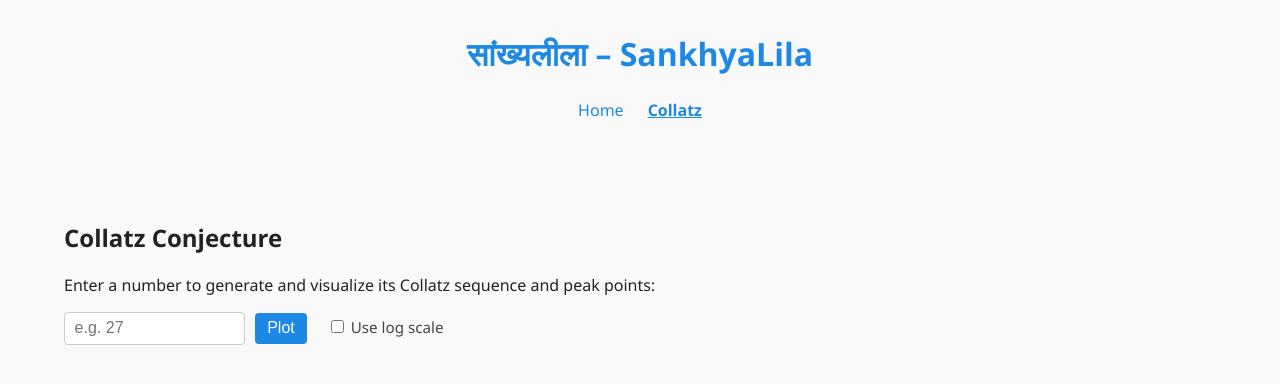
Repository: ChakreshSinghUC/SankhyaLila
Page: /collatz
The author's editor kept a copy of each file at every save. The page is drawn from the files as they stood at one save, then again after the next save.
The browser window is 1280 px wide. The pictures show the whole page.
The project was rebuilt for these pictures with package versions that can differ from the ones it lists, and the page was loaded fresh each time.

Above is the page before, as saved 2025-07-05 16:43:10.

### src/App.js
import React from 'react';
import './App.css';
import { BrowserRouter as Router, Routes, Route, NavLink } from 'react-router-dom';
import Collatz from './pages/Collatz';

function App() {
  return (
    <Router>
      <header>
        <h1>सांख्यलीला – SankhyaLila</h1>
        <nav>
          <NavLink
            to="/"
            style={({ isActive }) => ({
              fontWeight: isActive ? 'bold' : 'normal',
              textDecoration: isActive ? 'underline' : 'none',
            })}
          >
            Home
          </NavLink>
          <NavLink
            to="/collatz"
            style={({ isActive }) => ({
              fontWeight: isActive ? 'bold' : 'normal',
              textDecoration: isActive ? 'underline' : 'none',
            })}
          >
            Collatz
          </NavLink>
        </nav>
      </header>

      <main style={{ padding: '1rem 2rem' }}>
        <Routes>
          <Route path="/" element={<Home />} />
          <Route path="/collatz" element={<Collatz />} />
          <Route path="*" element={<NotFound />} />
        </Routes>
      </main>
    </Router>
  );
}

function Home() {
  return (
    <>
      <h2>Welcome to SankhyaLila</h2>
      <p>
        SankhyaLila (सांख्यलीला) is a digital playground for curious minds. Explore
        the beauty of numbers, patterns, and mathematical wonder through interactive
        visualizations.
      </p>
    </>
  );
}

function NotFound() {
  return <p>404 – Page not found</p>;
}

export default App;

### src/App.css
/* App.css — SankhyaLila */

body {
  margin: 0;
  font-family: 'Segoe UI', 'Helvetica Neue', sans-serif;
  background-color: #f9f9f9;
  color: #222;
}

h1 {
  text-align: center;
  color: #1e88e5;
  margin-top: 2rem;
  font-size: 2rem;
}

nav {
  display: flex;
  justify-content: center;
  gap: 1.5rem;
  margin-top: 1.5rem;
  margin-bottom: 2rem;
}

nav a {
  color: #1e88e5;
  text-decoration: none;
  font-weight: 500;
}

nav a:hover {
  text-decoration: underline;
}

input[type="number"] {
  padding: 0.4rem 0.6rem;
  font-size: 1rem;
  width: 160px;
  border-radius: 4px;
  border: 1px solid #ccc;
}

button {
  padding: 0.4rem 0.75rem;
  font-size: 1rem;
  margin-left: 10px;
  background-color: #1e88e5;
  color: white;
  border: none;
  cursor: pointer;
  border-radius: 4px;
}

button:hover {
  background-color: #1565c0;
}

label {
  font-size: 0.95rem;
  color: #444;
}

### src/pages/Collatz.jsx
import React, { useState } from 'react';
import { Line } from 'react-chartjs-2';
import {
  Chart as ChartJS,
  LineElement,
  PointElement,
  CategoryScale,
  LinearScale,
  Title,
  Tooltip,
  Legend
} from 'chart.js';

ChartJS.register(
  LineElement,
  PointElement,
  CategoryScale,
  LinearScale,
  Title,
  Tooltip,
  Legend
);

export default function Collatz() {
  const [input, setInput] = useState('');
  const [sequence, setSequence] = useState([]);
  const [logScale, setLogScale] = useState(false);
  const [peaks, setPeaks] = useState([]);

  const generateSequence = (n) => {
    let result = [];
    while (n !== 1) {
      result.push(n);
      n = (n % 2 === 0) ? n / 2 : 3 * n + 1;
    }
    result.push(1);
    setSequence(result);
    findPeaks(result, 5); // find first 5 peaks
  };

  const findPeaks = (arr, limit) => {
    let peaksFound = [];
    for (let i = 1; i < arr.length - 1; i++) {
      if (arr[i] > arr[i - 1] && arr[i] > arr[i + 1]) {
        peaksFound.push({ index: i, value: arr[i] });
        if (peaksFound.length === limit) break;
      }
    }
    setPeaks(peaksFound);
  };

  const handleSubmit = () => {
    const n = parseInt(input);
    if (!isNaN(n) && n > 0) generateSequence(n);
  };

  const peakMarkers = Array(sequence.length).fill(null);
  peaks.forEach(p => peakMarkers[p.index] = p.value);

  const data = {
    labels: sequence.map((_, i) => i),
    datasets: [
      {
        label: 'Collatz Sequence',
        data: sequence,
        borderColor: '#1e88e5',
        pointRadius: 0,
        borderWidth: 2,
        fill: false
      },
      {
        label: 'Peaks',
        data: peakMarkers,
        pointRadius: 5,
        pointBackgroundColor: 'red',
        showLine: false
      }
    ]
  };

  const options = {
    responsive: true,
    interaction: {
      mode: 'index',
      intersect: false
    },
    plugins: {
      tooltip: {
        callbacks: {
          label: (ctx) => `Step: ${ctx.dataIndex}, Value: ${ctx.formattedValue}`
        }
      },
      legend: {
        display: false
      },
      title: {
        display: true,
        text: 'Collatz Conjecture with Peak Markers',
        font: { size: 18 }
      }
    },
    scales: {
      x: {
        title: { display: true, text: 'Step' },
        grid: { color: '#eee' }
      },
      y: {
        type: logScale ? 'logarithmic' : 'linear',
        min: 1,
        title: { display: true, text: logScale ? 'Value (log scale)' : 'Value' },
        grid: { color: '#eee' }
      }
    }
  };

  return (
    <div style={{ padding: '2rem' }}>
      <h2>Collatz Conjecture</h2>
      <p>Enter a number to generate and visualize its Collatz sequence and peak points:</p>
      <input
        type="number"
        value={input}
        onChange={(e) => setInput(e.target.value)}
        onKeyDown={(e) => e.key === 'Enter' && handleSubmit()}
        placeholder="e.g. 27"
      />
      <button onClick={handleSubmit} style={{ marginLeft: '10px' }}>Plot</button>
      <label style={{ marginLeft: '20px' }}>
        <input
          type="checkbox"
          checked={logScale}
          onChange={() => setLogScale(!logScale)}
        />
        &nbsp;Use log scale
      </label>

      {sequence.length > 0 && (
        <div style={{ marginTop: '2rem' }}>
          <p>🔺 First {peaks.length} Peaks: {peaks.map(p => `${p.value} (at ${p.index})`).join(', ')}</p>
          <Line data={data} options={options} />
        </div>
      )}
    </div>
  );
}

Loaded but not shown: public/index.html (common file); src/index.js (common file); src/index.css (common file); src/reportWebVitals.js (common file)

After the next save:
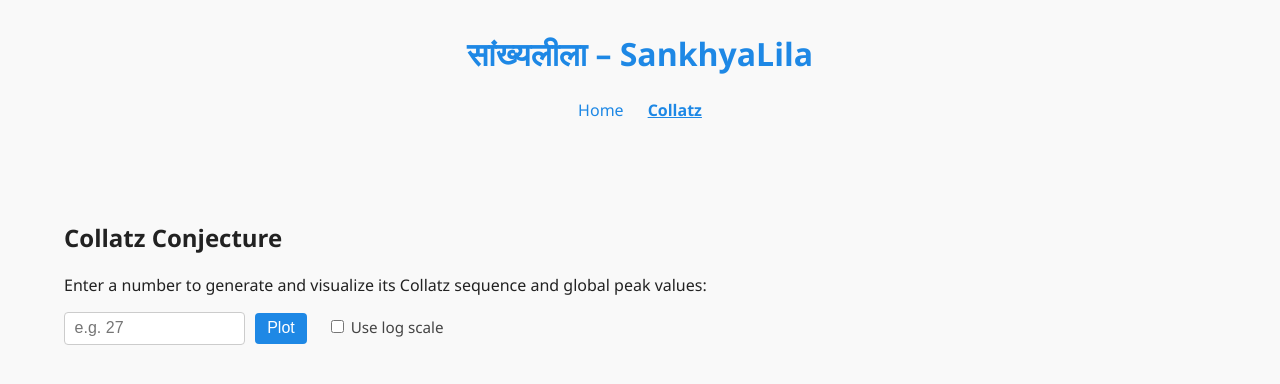
Saved 3 min 10 s later.
--- a/src/pages/Collatz.jsx
+++ b/src/pages/Collatz.jsx
@@ -35,15 +35,16 @@ export default function Collatz() {
     }
     result.push(1);
     setSequence(result);
-    findPeaks(result, 5); // find first 5 peaks
+    findGlobalMaxima(result);
   };
 
-  const findPeaks = (arr, limit) => {
-    let peaksFound = [];
-    for (let i = 1; i < arr.length - 1; i++) {
-      if (arr[i] > arr[i - 1] && arr[i] > arr[i + 1]) {
+  const findGlobalMaxima = (arr) => {
+    const peaksFound = [];
+    let currentMax = -Infinity;
+    for (let i = 0; i < arr.length; i++) {
+      if (arr[i] > currentMax) {
+        currentMax = arr[i];
         peaksFound.push({ index: i, value: arr[i] });
-        if (peaksFound.length === limit) break;
       }
     }
     setPeaks(peaksFound);
@@ -69,7 +70,7 @@ export default function Collatz() {
         fill: false
       },
       {
-        label: 'Peaks',
+        label: 'New Global Maxima',
         data: peakMarkers,
         pointRadius: 5,
         pointBackgroundColor: 'red',
@@ -95,20 +96,32 @@ export default function Collatz() {
       },
       title: {
         display: true,
-        text: 'Collatz Conjecture with Peak Markers',
+        text: 'Collatz Conjecture with Global Maxima',
         font: { size: 18 }
       }
     },
     scales: {
       x: {
-        title: { display: true, text: 'Step' },
-        grid: { color: '#eee' }
+        title: {
+          display: true,
+          text: 'Step',
+          font: { size: 14 }
+        },
+        grid: {
+          color: '#eee'
+        }
       },
       y: {
         type: logScale ? 'logarithmic' : 'linear',
         min: 1,
-        title: { display: true, text: logScale ? 'Value (log scale)' : 'Value' },
-        grid: { color: '#eee' }
+        title: {
+          display: true,
+          text: logScale ? 'Value (log scale)' : 'Value',
+          font: { size: 14 }
+        },
+        grid: {
+          color: '#eee'
+        }
       }
     }
   };
@@ -116,7 +129,7 @@ export default function Collatz() {
   return (
     <div style={{ padding: '2rem' }}>
       <h2>Collatz Conjecture</h2>
-      <p>Enter a number to generate and visualize its Collatz sequence and peak points:</p>
+      <p>Enter a number to generate and visualize its Collatz sequence and global peak values:</p>
       <input
         type="number"
         value={input}
@@ -136,7 +149,7 @@ export default function Collatz() {
 
       {sequence.length > 0 && (
         <div style={{ marginTop: '2rem' }}>
-          <p>🔺 First {peaks.length} Peaks: {peaks.map(p => `${p.value} (at ${p.index})`).join(', ')}</p>
+          <p>🔺 Global Maxima: {peaks.map(p => `${p.value} (at ${p.index})`).join(', ')}</p>
           <Line data={data} options={options} />
         </div>
       )}
